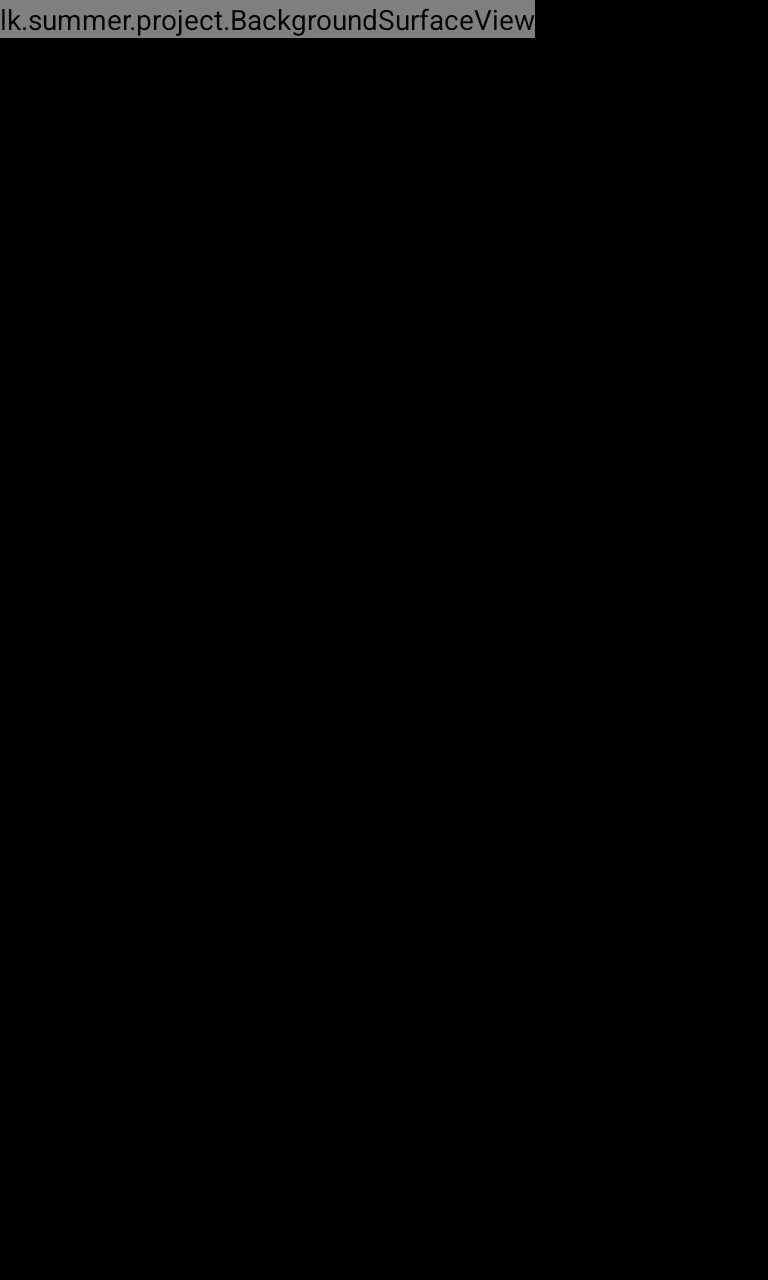
Repository: zwycid/dimension-drive-downside
Layout: lk/gameUIDesign/res/layout/activity_main.xml
These files come from the project's save history. The layout is drawn as it stood at one moment and after the next save; the edit follows.
Pictures or frames that could not be fetched are drawn as grey boxes. It is drawn on a 768 x 1280 px phone screen (xhdpi) without system bars, with theme AppTheme; the app's code is not run. Lists and similar views that code fills are empty.

Above is the layout before, as saved 2012-07-11 06:24:54.

After the next save:
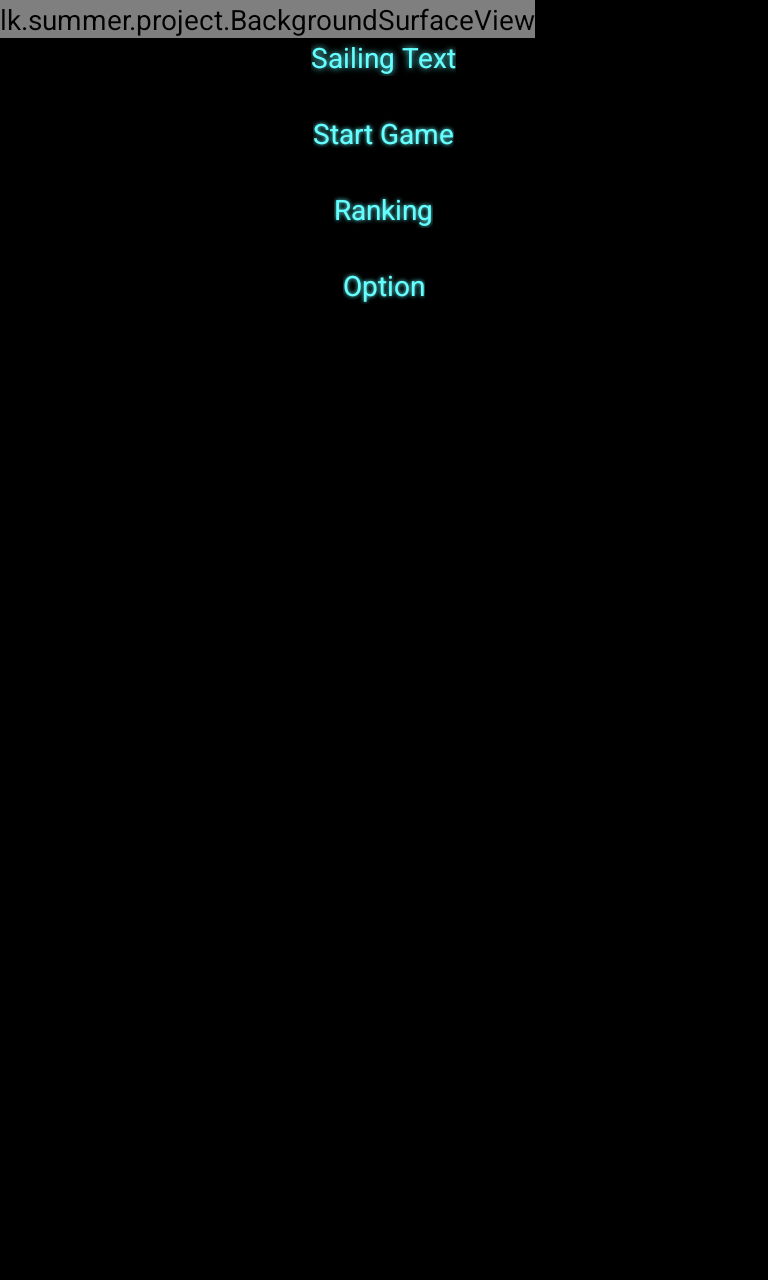
Saved 18 min 4 s later.
--- a/lk/gameUIDesign/res/layout/activity_main.xml
+++ b/lk/gameUIDesign/res/layout/activity_main.xml
@@ -22,7 +22,7 @@
             android:background="#00000000"
             android:orientation="vertical" >
 
-            <View
+            <TextView
                 android:id="@+id/blankView0"
                 style="@style/blankView" />
 
@@ -31,7 +31,7 @@
                 style="@style/TitleText"
                 android:text="@string/gameTitle" />
 
-            <View
+            <TextView
                 android:id="@+id/blankView1"
                 style="@style/blankView" />
 
@@ -40,7 +40,7 @@
                 style="@style/ButtonText"
                 android:text="@string/Startgame" />
 
-            <View
+            <TextView
                 android:id="@+id/blankView2"
                 style="@style/blankView" />
 
@@ -49,7 +49,7 @@
                 style="@style/ButtonText"
                 android:text="@string/Ranking" />
 
-            <View
+            <TextView
                 android:id="@+id/blankView3"
                 style="@style/blankView" />
 
